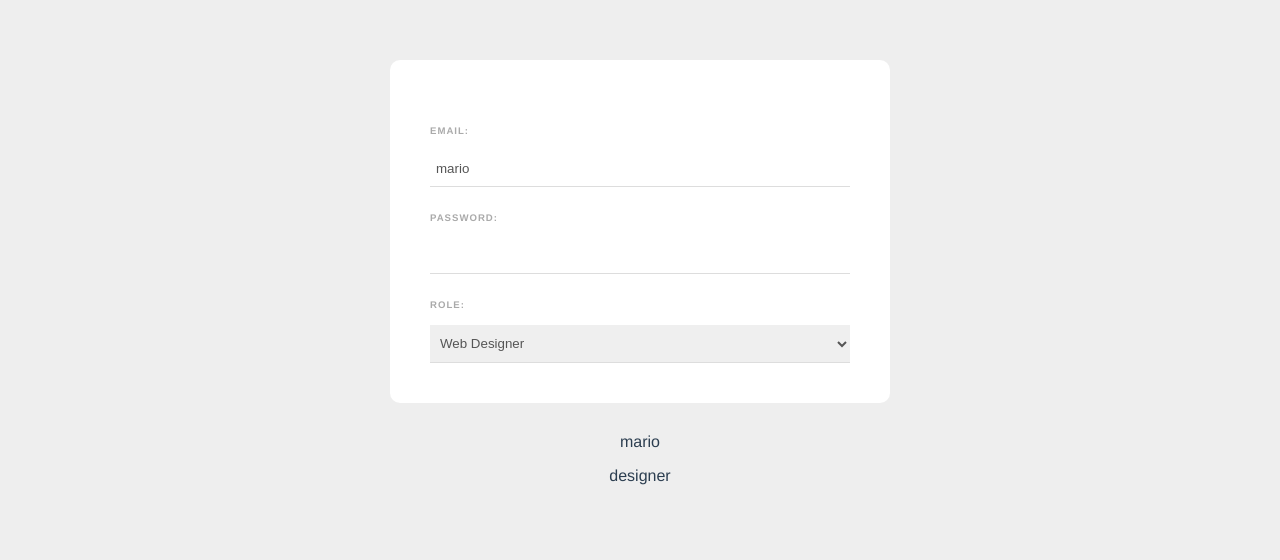
Repository: pin-seavmuy/Vue-Js
Page: /
The author's editor kept a copy of each file at every save. The page is drawn from the files as they stood at one save, then again after a run of saves.
The browser window is 1280 px wide. The pictures show the whole page.
The project was rebuilt for these pictures with package versions that can differ from the ones it lists, and the page was loaded fresh each time. Also part of the build but not shown: vue.config.js.

Above is the page before, as saved 2023-11-15 23:48:22.

After the next 4 saves:
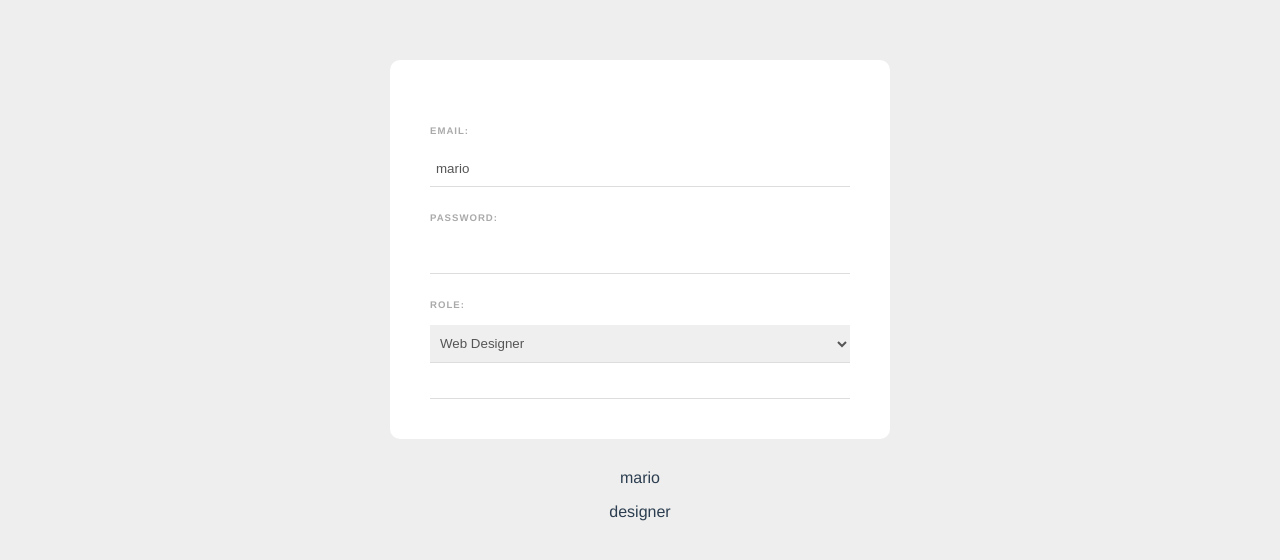
The 4 saves are shown as one change because they came seconds apart.
The last was saved 11 s later.
--- a/src/components/SignupForm.vue
+++ b/src/components/SignupForm.vue
@@ -12,7 +12,9 @@
             <option value="designer">Web Designer</option>
         </select>
 
-        <div></div>
+        <div class="terms">
+            <input>
+        </div>
   </form>
 
   <p>{{ email }}</p>
